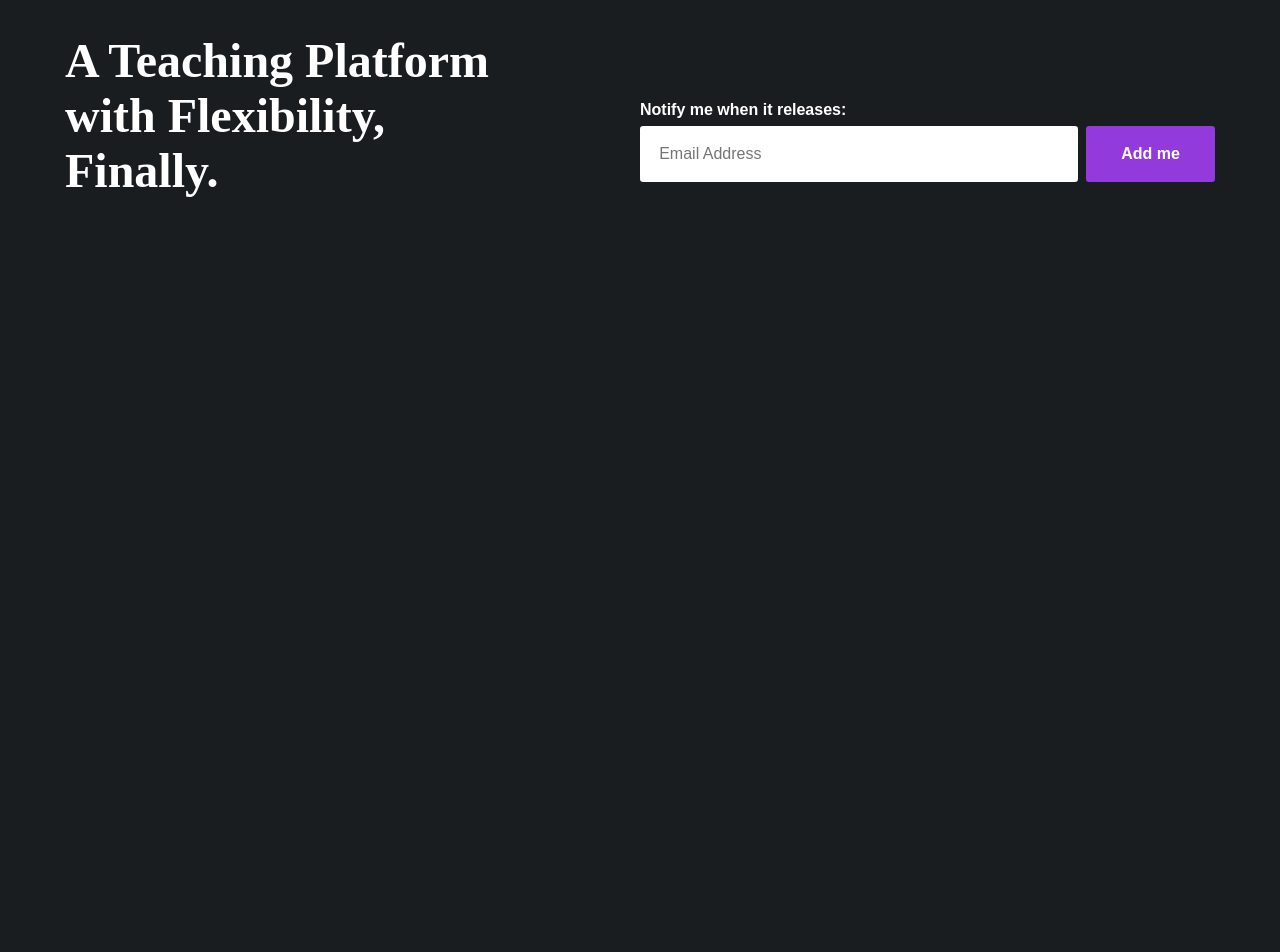
Repository: yavinash249/gsap1
Page: index.html
These files come from the project's save history. The page is drawn as it stood at one moment and after a run of saves; the edit follows.
The browser window is 1280 px wide. The pictures show the part of the page from y = 275 to 1227 px (the page is 1227 px tall).
A picture or video elsewhere on the page could not be fetched, so the positions and the page height are approximate.

Above is the page before, as saved 2023-02-27 09:42:14.

### index.html
<!DOCTYPE html>
<html lang="en">
<head>
    <meta charset="UTF-8">
    <meta http-equiv="X-UA-Compatible" content="IE=edge">
    <meta name="viewport" content="width=device-width, initial-scale=1.0">
    <title>GSAP1</title>
    <link rel="stylesheet" href="style.css">
</head>
<body>
    <div class="wrapper">
        <header>
            <a href="https://skillform.io"><img src="https://assets.codepen.io/2621168/logo_1.svg" class="logo" alt="SkillForm Logo"></a>
        </header>

        <main>
            <div class="col2 hero">
                <h1>A Teaching Platform with Flexibility, Finally.</h1>
                <div class="form">
                    <label for="email">Notify me when it releases:</label>
                    <div class="col2">
                        <input type="text" id="email" placeholder="Email Address">
                        <input type="submit" value="Add me">
                    </div>
                </div>
            </div>
            <div class="features">
                <div class="card">
                    <p class="title">Modular</p>
                    <p class="desc">Go beyond teaching with just video. Choose from our library of interactive modules or create your own.</p>
                </div>
                <div class="card">
                    <p class="title">Customizable</p>
                    <p class="desc">Use our Headless API to build truly custom frontends.</p>
                </div>
                <div class="card">
                    <p class="title">PPP &amp; Managed Payments</p>
                    <p class="desc">Offer parity pricing, and leave the headache of processing to us.</p>
                </div>
                <div class="card">
                    <p class="title">Built by Teachers</p>
                    <p class="desc">Co-Founder Gary Simon has been teaching online for over 12 years. We know what teachers want.</p>
                </div>
            </div>
        </main>
    </div>
    <footer>
        <div class="col2 parent">
            <div class="col2">
                <svg class="angle-line" width="18" height="20" viewBox="0 0 18 20" fill="none" xmlns="http://www.w3.org/2000/svg">
                    <path d="M17.3536 16.3536C17.5488 16.1583 17.5488 15.8417 17.3536 15.6464L14.1716 12.4645C13.9763 12.2692 13.6597 12.2692 13.4645 12.4645C13.2692 12.6597 13.2692 12.9763 13.4645 13.1716L16.2929 16L13.4645 18.8284C13.2692 19.0237 13.2692 19.3403 13.4645 19.5355C13.6597 19.7308 13.9763 19.7308 14.1716 19.5355L17.3536 16.3536ZM0 16.5H17V15.5H0V16.5Z" fill="black"/>
                    <line x1="0.5" y1="2.18557e-08" x2="0.499999" y2="16" stroke="black"/>
                </svg>
            <p class="all">All of this, coming in 2022.</p>
            </div>
            <div class="col2 social">
                <p class="learn">Learn more by following us: </p>
                <a href="https://twitter.com/skillformio" rel=""  class="col2">
                    <svg class="twitter" viewBox="0 0 44 44" fill="none" xmlns="http://www.w3.org/2000/svg">
                        <path d="M22 2.75C11.3695 2.75 2.75 11.3695 2.75 22C2.75 32.6305 11.3695 41.25 22 41.25C32.6305 41.25 41.25 32.6305 41.25 22C41.25 11.3695 32.6305 2.75 22 2.75ZM31.2512 17.2605C31.2641 17.4625 31.2641 17.673 31.2641 17.8793C31.2641 24.1871 26.4602 31.4531 17.6816 31.4531C14.9746 31.4531 12.4652 30.6668 10.3512 29.3133C10.7379 29.3563 11.1074 29.3734 11.5027 29.3734C13.7371 29.3734 15.791 28.6172 17.4281 27.3367C15.3313 27.2938 13.5695 25.9188 12.968 24.0281C13.7027 24.1355 14.3645 24.1355 15.1207 23.9422C14.041 23.7228 13.0706 23.1364 12.3742 22.2827C11.6779 21.4289 11.2986 20.3603 11.3008 19.2586V19.1984C11.9324 19.5551 12.6758 19.7742 13.4535 19.8043C12.7997 19.3686 12.2635 18.7782 11.8925 18.0857C11.5215 17.3931 11.3271 16.6197 11.3266 15.834C11.3266 14.9445 11.5586 14.1324 11.9754 13.4277C13.1738 14.903 14.6692 16.1096 16.3645 16.9691C18.0598 17.8285 19.9169 18.3217 21.8152 18.4164C21.1406 15.1723 23.5641 12.5469 26.4773 12.5469C27.8523 12.5469 29.0898 13.1227 29.9621 14.0508C31.0406 13.8488 32.0719 13.4449 32.9914 12.9035C32.6348 14.0078 31.8871 14.9402 30.8945 15.5289C31.857 15.4258 32.7852 15.1594 33.6445 14.7855C32.9957 15.7395 32.1836 16.5859 31.2512 17.2605V17.2605Z" fill="#191919"/>
                    </svg>
                    <p class="skillform">skillform</p>
                </a>
            </div>
        </div>
    </footer>

    <script src="https://cdnjs.cloudflare.com/ajax/libs/gsap/3.11.4/gsap.min.js" integrity="sha512-f8mwTB+Bs8a5c46DEm7HQLcJuHMBaH/UFlcgyetMqqkvTcYg4g5VXsYR71b3qC82lZytjNYvBj2pf0VekA9/FQ==" crossorigin="anonymous" referrerpolicy="no-referrer"></script>
    <script src="https://cdnjs.cloudflare.com/ajax/libs/gsap/3.11.4/CSSRulePlugin.min.js" integrity="sha512-TJiE9joKYXjdf5nd0Kkzqt9QOYfp5Hk5W/PaeRmpOd7HYBVdSqpTxJezbfLzJnPrS7HGnalR54WO/hbppgDgkw==" crossorigin="anonymous" referrerpolicy="no-referrer"></script>
    <script>
        let tl = gsap.timeline({defaults: { ease: "power4.inOut", duration: 2}})
        let flagPoles = CSSRulePlugin.getRule(".card:before");

        tl.to('h1', { 'clip-path': 'polygon(0% 100%, 100% 100%, 100% 0%, 0% 0%)', opacity: 1, y: 0, duration: 2.2})
        tl.to('.form', { 'clip-path': 'polygon(0% 100%, 100% 100%, 100% 0%, 0% 0%)', opacity: 1, y: 0}, "-=2")
        tl.from('.card',{ scaleY:0, stagger: .2}, "-=2")
        tl.from('.card', { scaleY: 0, stagger: .2}, "-=2")
        tl.from(flagPoles, {  stagger: 1, opacity: 0, transform: 'translateY(100px)' }, "-=2")
        // tl.to('.title, .desc', { stagger: .1, duration: 1.2, opacity: 1, y: 0}, "-=2")
        // tl.to('footer', { opacity: 1}, "-=2")
    </script>
</body>

</html>

### style.css


body {
    background: #1A1D20;
    color: white;
    font-family: 'Poppins', sans-serif;
    margin: 0;
    height: 100vh;
}

.wrapper {
    margin: 1em 1em 5em;
}

.logo {
    width: 8em;
}

h1 {
    font-size: 2rem;
    margin-bottom: 2em;
    clip-path: polygon(0 100%, 100% 100%, 100% 100%, 0% 100%);
    opacity: 0;
    transform: translateY(100px);
    text-align: center;
}

main {
    margin-top: 4em;
}

h1 {
    font-family: 'Merriweather', serif;
}

label {
    margin-top: 1em;
    margin-bottom: .4em;
    display: block;
    font-weight: bold;
}

.col2 {
    display: flex;
}

.hero {
    display: block;
}

.form {
    clip-path: polygon(0 100%, 100% 100%, 100% 100%, 0% 100%);
    margin: 0 auto;
}

input[type="text"], input[type="submit"] {
    padding: 1.2em;
    font-size: 1rem;
    width: 100%;
    box-sizing: border-box;
    border-radius: .2em;
    border: none;
}

input[type="submit"] {
    width: 10em;
    background: #923ADB;
    color: white;
    border: none;
    margin-left: .5em;
    font-weight: bold;
    cursor: pointer;

    &:hover {
        background: #7f2fc0;
    }
}


.card {
    transform: translateY(100px) scaleY(1);
    transform-origin: 0% 100%;
    padding-left: 1em;
    border-left: 1px solid #4E5862;
    position: relative;
    height: 8em;

    &:before {
        position: absolute;
        content: '';
        border-radius: 100%;
        border: .5em solid #1A1D20;
        background: #BA62AD;
        width: .5em;
        height: .5em;
        top: 0;
        left: -.8em;
        opacity: 1;
    }

    &:hover:before {
        width: .8em;
        height: .8em;
        left: -.95em;
        top: -.15em;
    }

    .title {
        font-weight: bold;
        opacity: 0;
        transform: translateY(100px);
    }

    .desc {
        color: #697887;
        opacity: 0;
        transform: translateY(100px);
    }
}

footer {
    opacity: 0;
    background: linear-gradient(90.73deg, #C9729A 4%, #923ADB 97.46%);
    padding: 2em 1em;
    color: #1A1A1A;
    font-weight: bold;
    margin-top: 11em !important;

    .all {
        margin: .3em 0 0 .5em;
        font-size: 2rem;
    }

    .parent {
        display: block;
    }

    .twitter {
        width: 2em;
        margin-left: .5em;
    }

    .social {
        margin-top: 2em;
    }

    a {
        color: black;
        text-decoration: none;
    }

    .angle-line {
        margin-top: 1.2em;
    }

}

@media only screen and (min-width: 600px) {
    .wrapper {
        margin: 3em;
    }

    h1 {
        font-size: 3rem;
    }
}

@media only screen and (min-width: 750px) {
    .features {
        display: grid;
        grid-template-columns: repeat(2, auto);
        grid-template-rows: repeat(2, auto);
        gap: 2em;

        .card {
            margin-bottom: 2em;
            height: auto;

            .title {
                margin-top: 0;
            }
        }
    }

    footer {
        padding: 3em;
    }
}

@media only screen and (min-width: 900px) {
    .form {
        width: 75%;
    }
}

@media only screen and (min-width: 1200px) {
    .hero {
        display: flex;
        justify-content: space-between;
        margin: 8em 0 6em;

        h1 {
            width: 40%;
            margin-bottom: 0;
            text-align: left;
        }

        .form {
            width: 50%;
            align-self: flex-end;
            padding-bottom: 1em;
            margin: unset;
        }
    }
    .features {
        grid-template-columns: repeat(4, auto);
        grid-template-rows: auto;
    }
    .wrapper, .features {
        margin-bottom: 0;
    }
    footer {
        margin: 0;
        padding: 6em;

        .parent {
            max-width: 1150px;
            margin: 0 auto;
            display: flex;
            justify-content: space-between;
        }

        .social {
            margin: 0;
        }

        .learn, .skillform {
            margin: 1em;
        }

    }
    .features .card {
        margin-bottom: 0;
        height: 15rem;
    }
    .wrapper {
        width: 1150px;
        margin: 3em auto 0;
    }
}

After the next 2 saves:
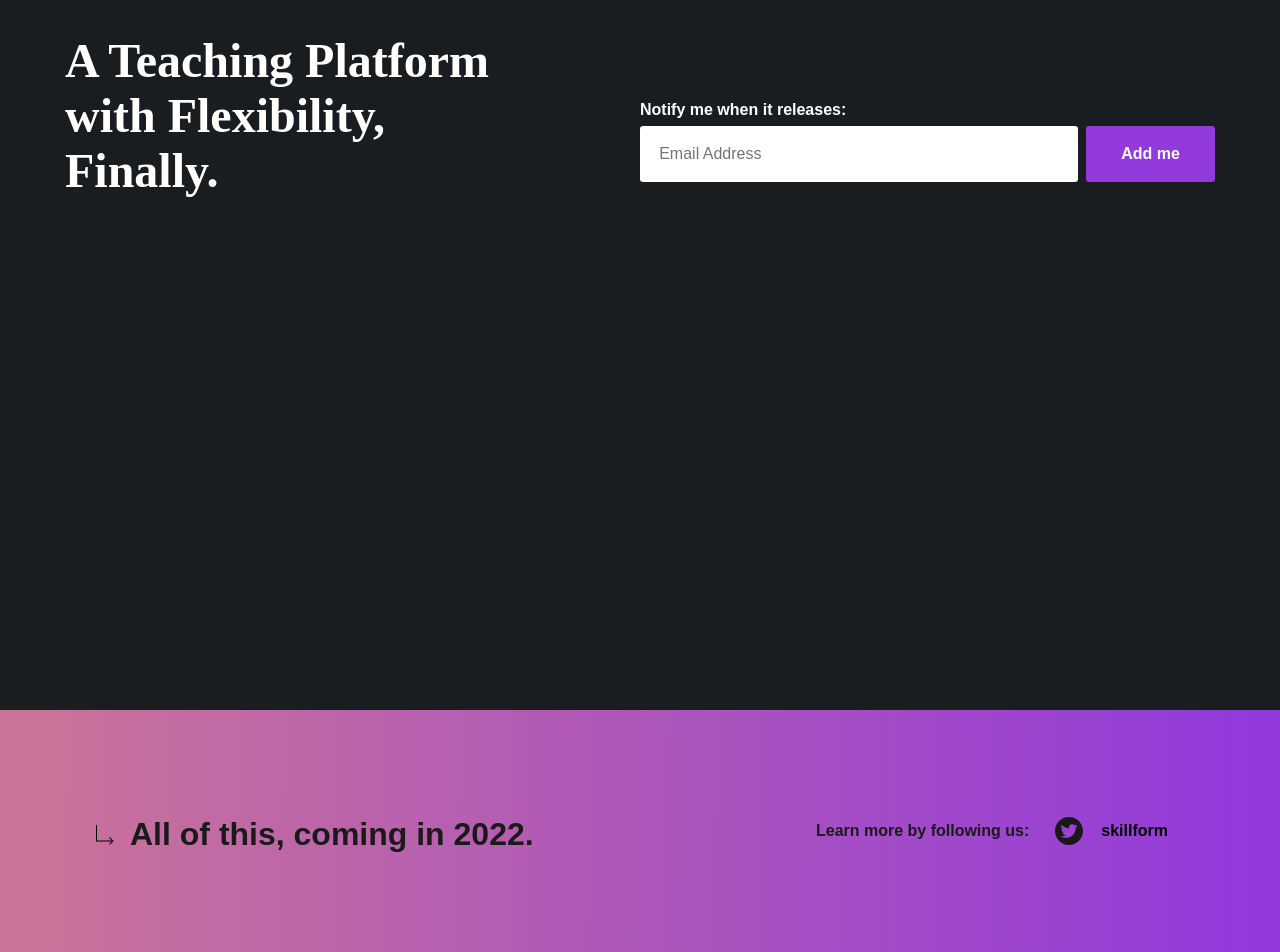
The 2 saves are shown as one change because they came seconds apart.
The last was saved 10 s later.
--- a/index.html
+++ b/index.html
@@ -76,8 +76,8 @@
         tl.from('.card',{ scaleY:0, stagger: .2}, "-=2")
         tl.from('.card', { scaleY: 0, stagger: .2}, "-=2")
         tl.from(flagPoles, {  stagger: 1, opacity: 0, transform: 'translateY(100px)' }, "-=2")
-        // tl.to('.title, .desc', { stagger: .1, duration: 1.2, opacity: 1, y: 0}, "-=2")
-        // tl.to('footer', { opacity: 1}, "-=2")
+        tl.to('.title, .desc', { stagger: .1, duration: 1.2, opacity: 1, y: 0}, "-=2")
+        tl.to('footer', { opacity: 1}, "-=2")
     </script>
 </body>
 
